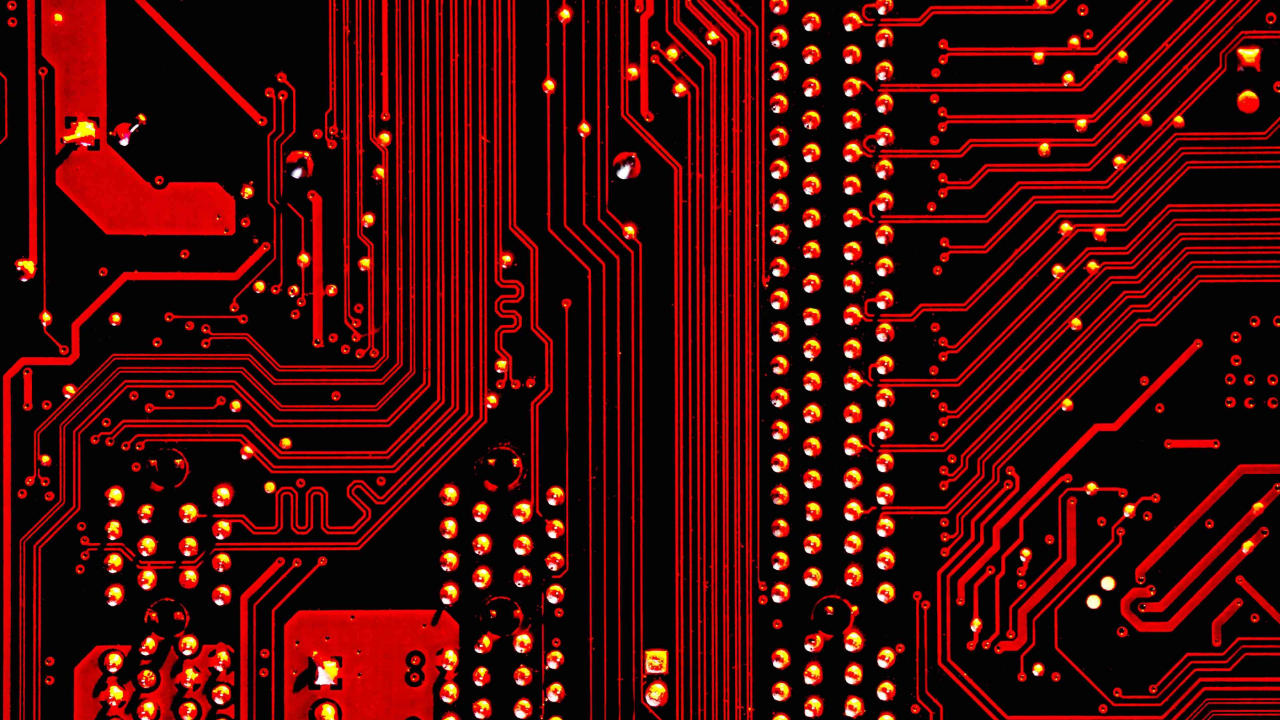
Repository: ionathas78/mathSlicer
Page: index.html
The author's editor kept a copy of each file at every save. The page is drawn from the files as they stood at one save, then again after the next save.
The browser window is 1280 px wide. The pictures show the whole page.

Above is the page before, as saved 2020-12-06 09:47:16.

### index.html
<!DOCTYPE html>
<html lang="en">
<head>
    <meta charset="UTF-8">
    <meta name="viewport" content="width=device-width, initial-scale=1.0">
    <link rel="stylesheet" type="text/CSS" href="assets/css/style.css" />
    <title>mathSlicer</title>
    <!-- <span>Photo by <a href="https://unsplash.com/@lazycreekimages?utm_source=unsplash&amp;utm_medium=referral&amp;utm_content=creditCopyText">Michael Dziedzic</a> on <a href="https://unsplash.com/s/photos/circuit?utm_source=unsplash&amp;utm_medium=referral&amp;utm_content=creditCopyText">Unsplash</a></span> -->
</head>
<body>
    <div id="back"></div>

    <script type="text/JavaScript" src="assets/js/logic.js"></script>
</body>
</html>

### assets/css/style.css
* {
    font-family: Arial, Helvetica, sans-serif;
    font-size: 16px;
}

#back {
    position: fixed;
    top: 0;
    left: 0;
    height: 100vh;
    width: 100vw;
    margin: 0;
    padding: 0;
    background-image: url("../image/circuits.jpg");
    background-color: grey;
    background-repeat: no-repeat;
    background-size: cover;
}

Loaded but not shown: assets/js/logic.js (no stored copy; drawn as an empty file)

After the next save:
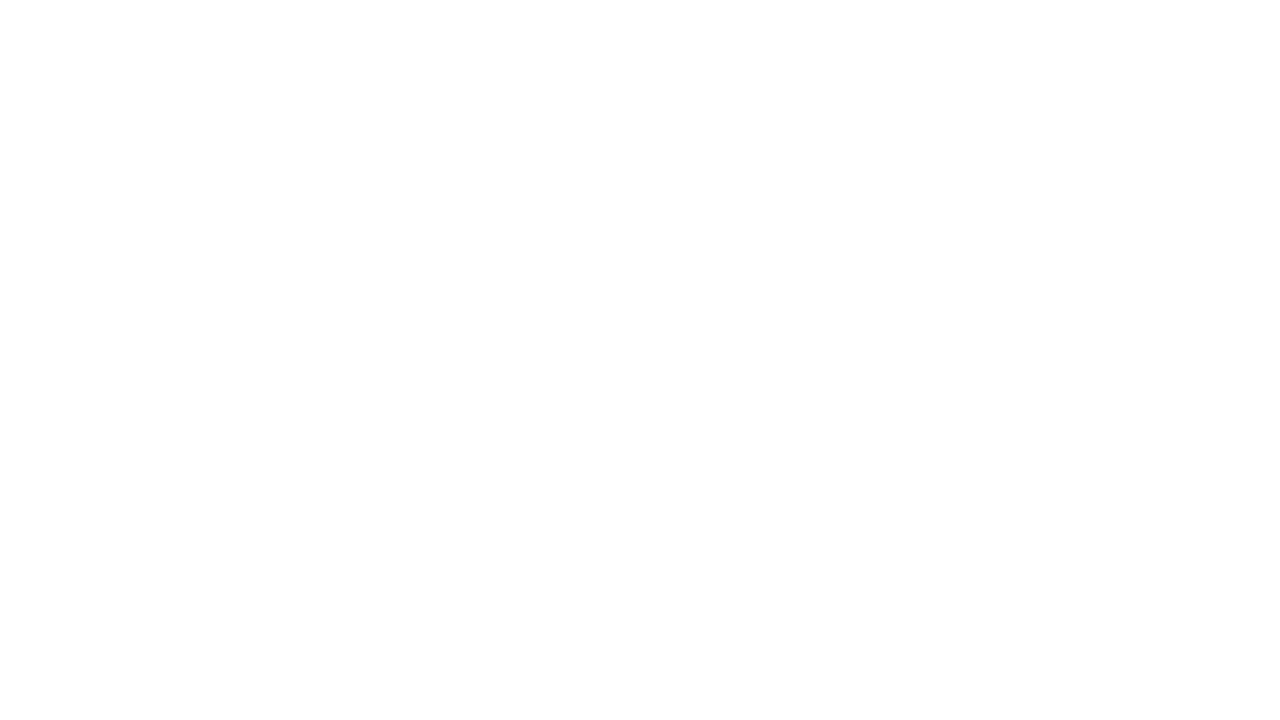
Saved 33 s later.
--- a/index.html
+++ b/index.html
@@ -8,7 +8,7 @@
     <!-- <span>Photo by <a href="https://unsplash.com/@lazycreekimages?utm_source=unsplash&amp;utm_medium=referral&amp;utm_content=creditCopyText">Michael Dziedzic</a> on <a href="https://unsplash.com/s/photos/circuit?utm_source=unsplash&amp;utm_medium=referral&amp;utm_content=creditCopyText">Unsplash</a></span> -->
 </head>
 <body>
-    <div id="back"></div>
+    <div id="wallpaper"></div>
 
     <script type="text/JavaScript" src="assets/js/logic.js"></script>
 </body>

After the save that followed:
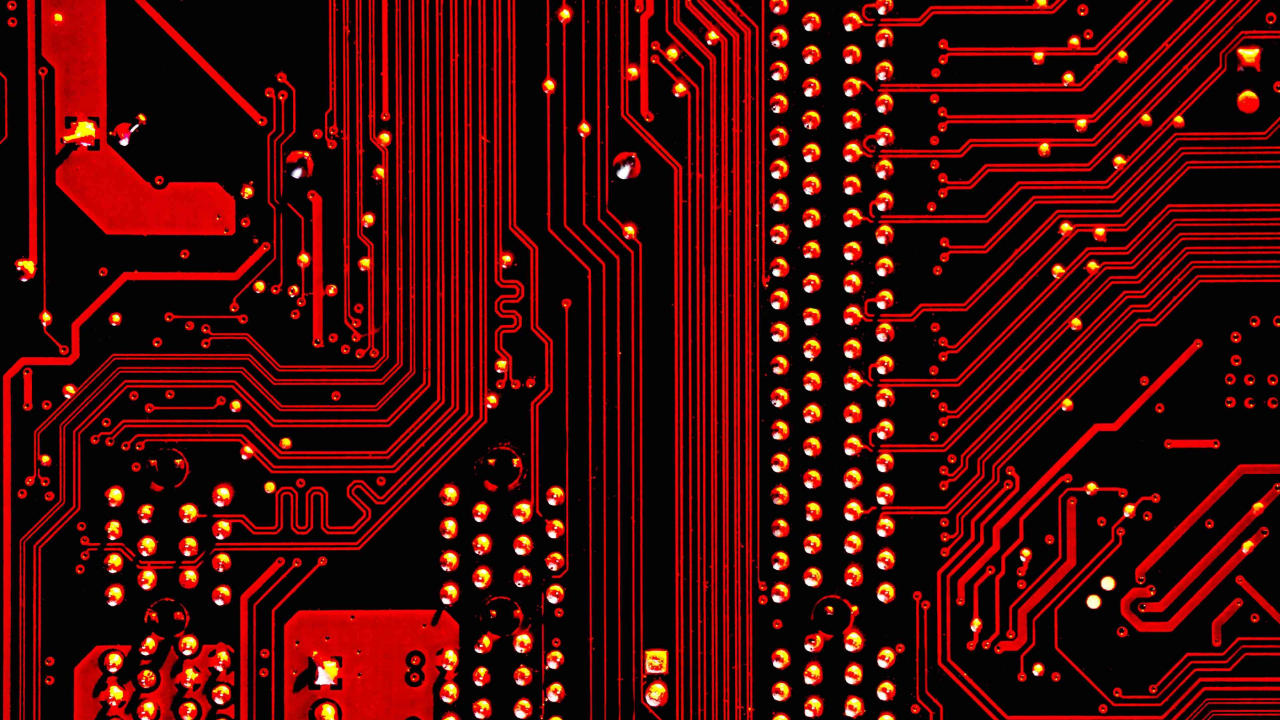
Saved 5 s later.
--- a/assets/css/style.css
+++ b/assets/css/style.css
@@ -3,7 +3,7 @@
     font-size: 16px;
 }
 
-#back {
+#wallpaper {
     position: fixed;
     top: 0;
     left: 0;
